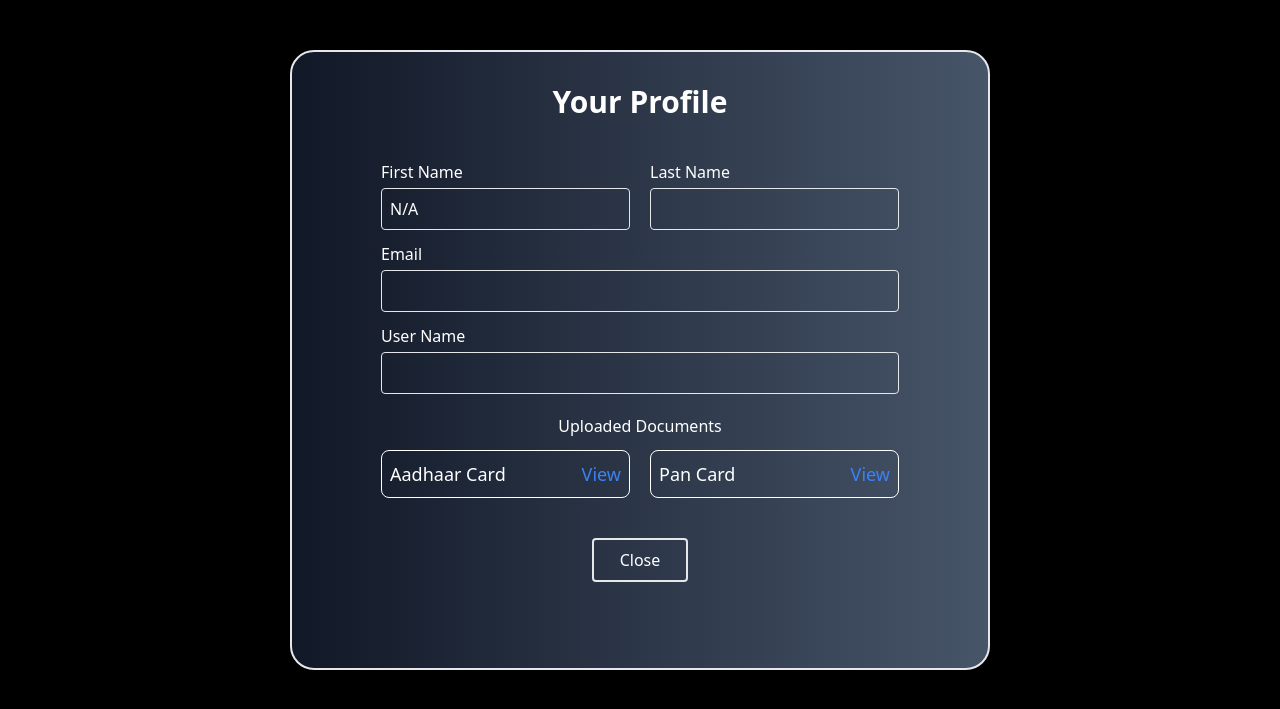
Repository: OmkarTidke8080/Assessment
Page: /view-profile (app in frontend/)
An editor plug-in stored every save of this project. The page is shown before and after a run of saves, followed by the edit.
The browser window is 1280 px wide. The pictures show the whole page.
The project was rebuilt for these pictures with package versions that can differ from the ones it lists, and the page was loaded fresh each time. Also part of the build but not shown: frontend/vite.config.js, frontend/src/components/LandingPage.jsx, frontend/src/components/SignUp.jsx, frontend/src/components/SignIn.jsx, frontend/src/components/ResetPassword.jsx, frontend/src/components/HomePage.jsx, frontend/src/components/UpdateProfile.jsx.

Above is the page before, as saved 2024-10-20 11:54:00.

After the next 4 saves:
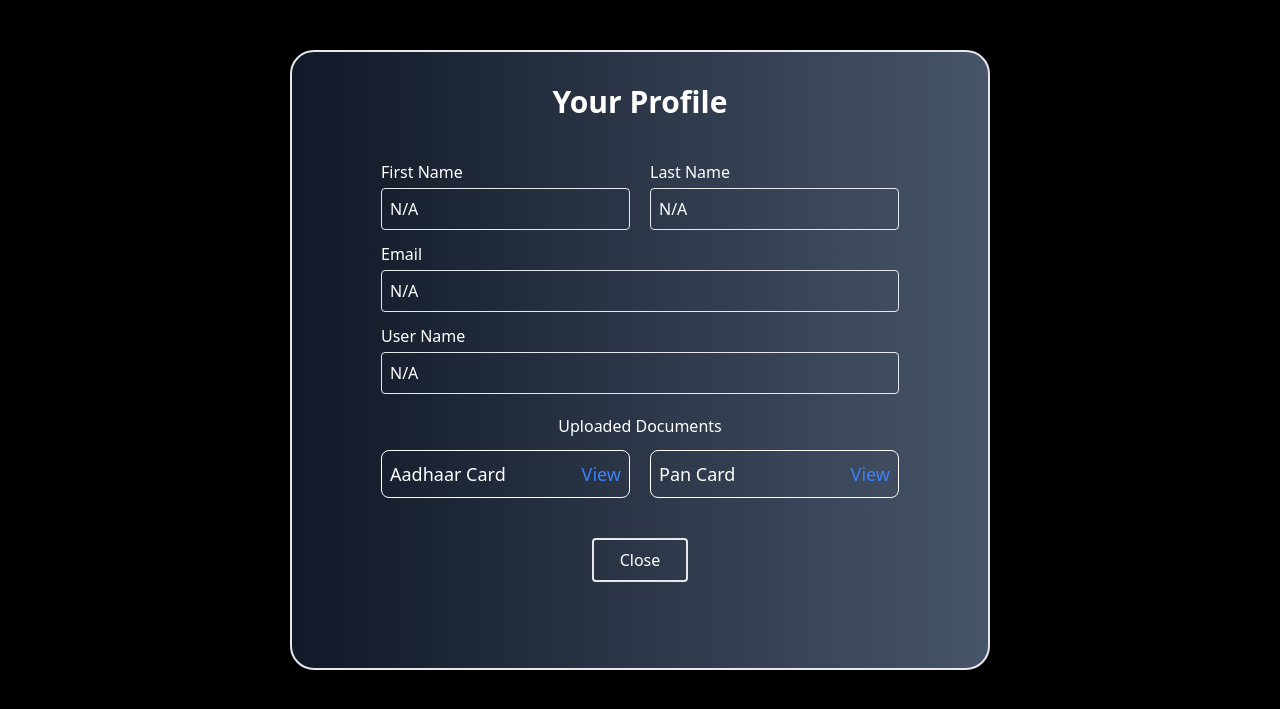
The 4 saves are shown as one change because they came seconds apart.
The last was saved 15 s later.
--- a/frontend/src/components/ViewProfile.jsx
+++ b/frontend/src/components/ViewProfile.jsx
@@ -59,6 +59,7 @@ function ViewProfile() {
                     <input
                       type="text"
                       id="LastName"
+                      value={viewProfile?.userData?.UserName || "N/A"}
                       className="text-white bg-inherit w-full flex border rounded p-2"
                       required
                     />
@@ -72,6 +73,7 @@ function ViewProfile() {
                   <input
                     type="text"
                     id="Email"
+                    value={viewProfile?.userData?.UserName || "N/A"}
                     className="text-white bg-inherit w-full flex border rounded p-2"
                     required
                   />
@@ -83,6 +85,7 @@ function ViewProfile() {
                   <input
                     type="text"
                     id="UserName"
+                    value={viewProfile?.userData?.UserName || "N/A"}
                     className="text-white bg-inherit w-full flex border rounded p-2"
                     required
                   />
@@ -110,10 +113,11 @@ function ViewProfile() {
 
                 <div className="sign-up-button flex justify-center m-10">
                   <button
-                  onClick={() =>{
-                    navigate("/home-page")
-                  }}
-                   className="border-2 rounded p-2 w-24 hover:border-green-700 ">
+                    onClick={() => {
+                      navigate("/home-page");
+                    }}
+                    className="border-2 rounded p-2 w-24 hover:border-green-700 "
+                  >
                     Close
                   </button>
                 </div>
